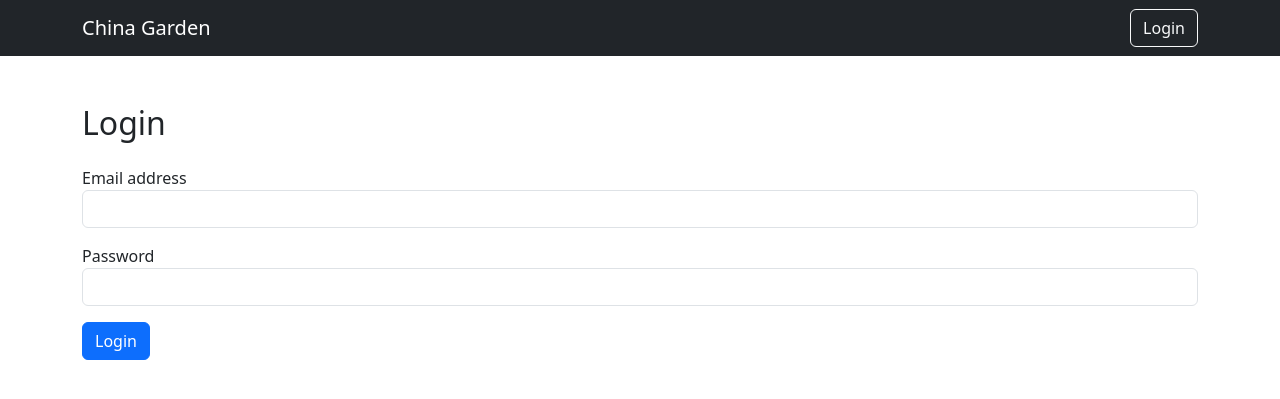
Repository: profbkmurage/soms
Page: /
An editor plug-in stored every save of this project. The page is shown before and after a run of saves, followed by the edit.
The browser window is 1280 px wide. The pictures show the whole page.
The page's requests for data from a server got no answer. The project was rebuilt for these pictures with package versions that can differ from the ones it lists, and the page was loaded fresh each time. No one was signed in, and anything a server would have sent is missing. Also part of the build but not shown: vite.config.js, src/pages/signUp.jsx, src/pages/settings.jsx, src/services/uploadImage.js, src/components/Product.jsx, src/components/AddStockModal.jsx, src/components/ProductCard.jsx, src/components/ProductList.jsx and 4 more.

Above is the page before, as saved 2025-07-29 19:24:26.

After the next 2 saves:
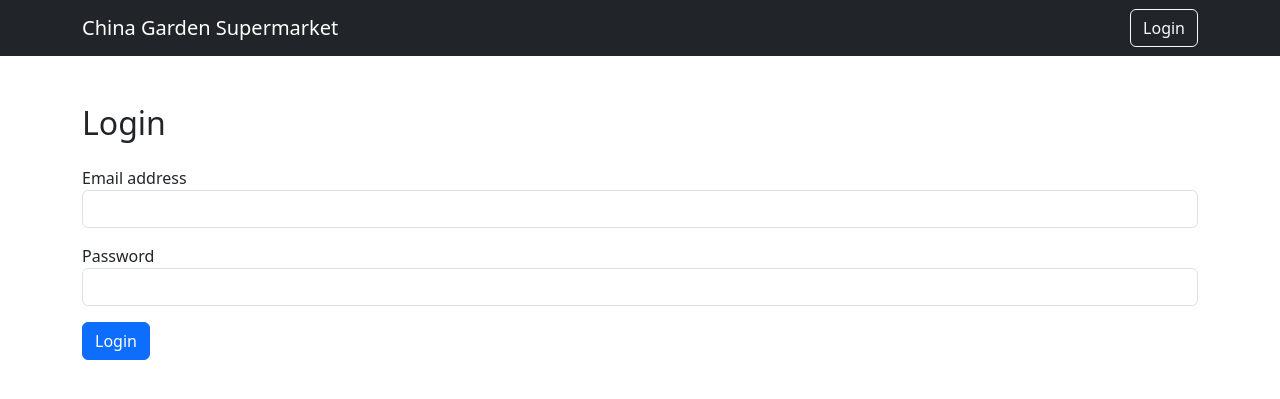
The 2 saves are shown as one change because they came seconds apart.
The last was saved 6 s later.
--- a/src/components/Navbar.jsx
+++ b/src/components/Navbar.jsx
@@ -12,7 +12,7 @@ const Navbar = ({ editMode, addStockMode, onToggleEdit, onToggleAddStock }) => {
     <nav className='navbar navbar-expand-lg navbar-dark bg-dark'>
       <div className='container'>
         <Link className='navbar-brand' to='/'>
-          China Garden
+          China Garden Supermarket
         </Link>
 
         <div className='d-flex gap-2'>
